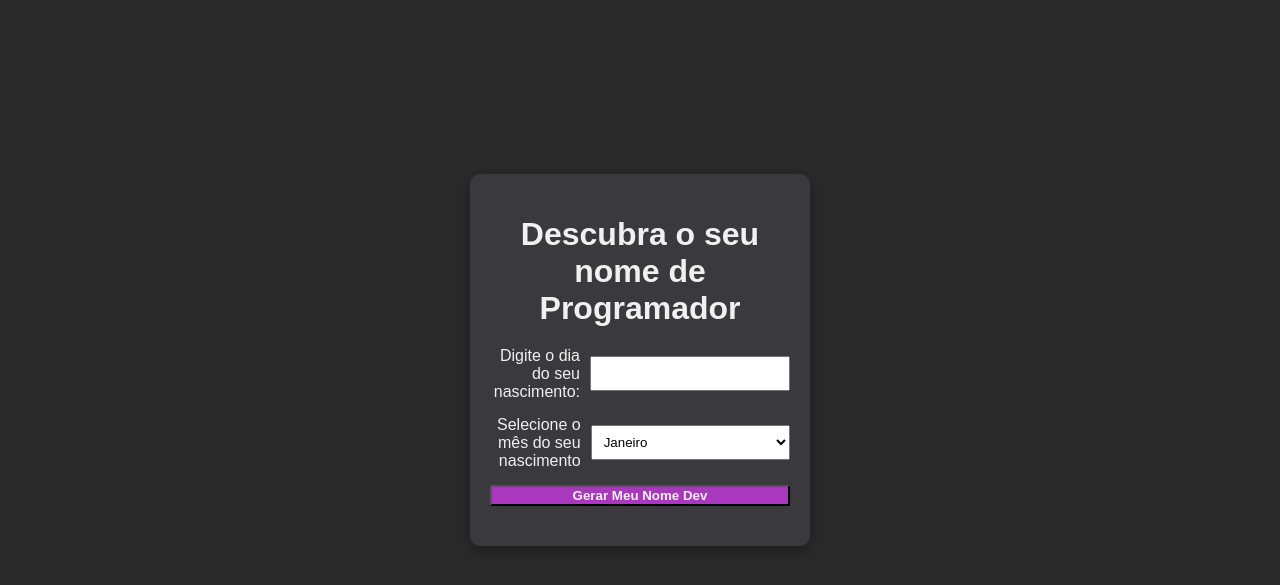
Repository: analessp/seu-nome-dev
Page: index.html
The author's editor kept a copy of each file at every save. The page is drawn from the files as they stood at one save, then again after the next save.
The browser window is 1280 px wide. The pictures show the whole page.

Above is the page before, as saved 2025-05-13 11:33:09.

After the next save:
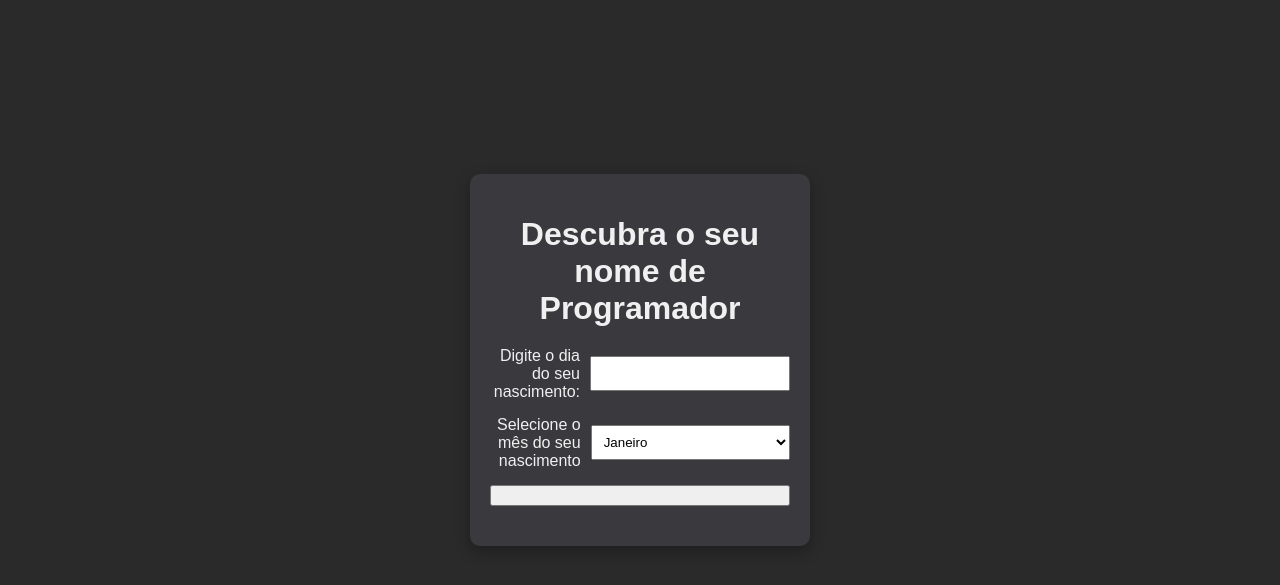
Saved 5 s later.
--- a/styles.css
+++ b/styles.css
@@ -46,6 +46,7 @@ h1 {
 
 button {
     width: 100%;
+    pa
     background-color: #aa38be;
     color: #f0f0f0;
     font-weight: bold;
